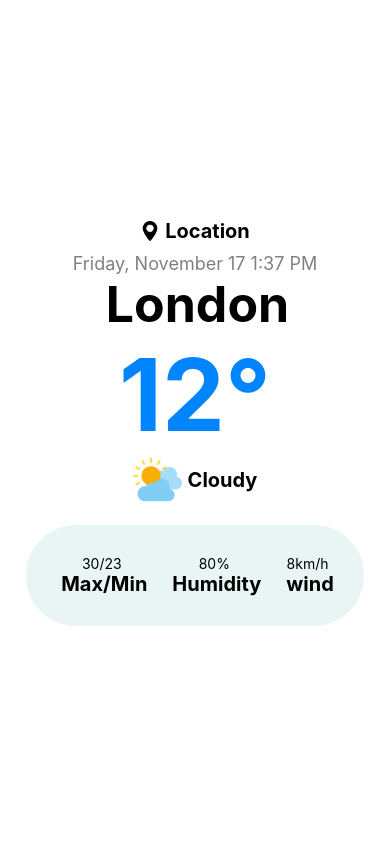
Repository: praveen080/react-native-weatherAppV1
Screen: /
These files come from the project's save history. The screen is drawn as it stood at one moment and after a run of saves; the edit follows.
The app was drawn by React Native's web renderer in a window 390 px wide. The project was rebuilt for these pictures with package versions that can differ from the ones it lists, and the page was loaded fresh each time. Also part of the build but not shown: Screens/startUp.js.

Above is the screen before, as saved 2023-11-17 14:21:42.

### App.js
import { StatusBar } from "expo-status-bar";
import { StyleSheet, Text, View } from "react-native";
import StartPage from "./Screens/startUp";
import Home from "./Screens/Home";

export default function App() {
  return (
    <View style={styles.container}>
      {/* <StartPage /> */}
      <Home />
    </View>
  );
}

const styles = StyleSheet.create({
  container: {
    flex: 1,
    backgroundColor: "#ff f",
    alignItems: "center",
    justifyContent: "center",
  },
});

### Screens/Home.js
import React from "react";
import { View, Text, Image, TouchableOpacity, StyleSheet } from "react-native";

const Home = () => {
  const currentDate = new Date();

  // Format the date and time
  const formattedDate = currentDate.toLocaleDateString("en-US", {
    weekday: "long",
    day: "numeric",
    month: "long",
  });

  const formattedTime = currentDate.toLocaleTimeString("en-US", {
    hour: "numeric",
    minute: "numeric",
    hour12: true,
  });
  return (
    <View style={styles.container}>
      {/* Location Text with Icon */}
      <TouchableOpacity style={styles.locationContainer}>
        <Image source={require("./assets/location.png")} style={styles.icon} />
        <Text style={styles.locationText}>Location</Text>
      </TouchableOpacity>

      {/* Current Time and Date */}
      <Text style={styles.dateTimeText}>
        {formattedDate} {formattedTime}
      </Text>
      <Text style={styles.location}>London</Text>

      {/* Numbers */}
      <View style={styles.numbersContainer}>
        <Text style={styles.number}>12°</Text>
      </View>

      <View style={styles.locationContainer}>
        <Image
          source={require("./assets/cloudy-day.png")}
          style={styles.iconS}
        />
        <Text style={styles.locationText}>Cloudy</Text>
      </View>
      <View style={styles.cardFull}>
        <View style={styles.locationContainer1}>
          <View style={styles.card}>
            <Text style={styles.cardText}>30/23</Text>
            <Text style={styles.locationText}>Max/Min</Text>
          </View>
          <View style={styles.card}>
            <Text style={styles.cardText}>80%</Text>
            <Text style={styles.locationText}>Humidity</Text>
          </View>
          <View style={styles.card}>
            <Text style={styles.cardText}>8km/h</Text>
            <Text style={styles.locationText}>wind</Text>
          </View>
        </View>
      </View>
    </View>
  );
};

export default Home;

export const styles = StyleSheet.create({
  container: {
    flex: 1,
    alignItems: "center",
    justifyContent: "center",
  },
  locationContainer: {
    flexDirection: "row",
    alignItems: "center",
  },
  locationContainer1: {
    flexDirection: "row",
    alignItems: "center",
    // backgroundColor: "white",
    borderRadius: 50,
    margin: 20,
  },
  locationText: {
    fontSize: 20,
    marginLeft: 5,
    fontWeight: "bold",
  },
  location: {
    fontSize: 50,
    marginLeft: 5,
    fontWeight: "bold",
  },
  icon: {
    width: 20,
    height: 20,
  },
  iconS: {
    width: 50,
    height: 50,
  },
  dateTimeText: {
    fontSize: 18,
    marginTop: 10,
    color: "grey",
  },
  numbersContainer: {
    flexDirection: "row",
    alignItems: "center",
    // marginTop: 20,
  },
  number: {
    fontSize: 100,
    // marginRight: 10,
    fontWeight: "bold",
    color: "#0085FE",
  },
  logo: {
    width: 100,
    height: 100,
    marginTop: 20,
  },
  card: {
    alignItems: "center",
    justifyContent: "center",
    margin: 10,
  },
  cardFull: {
    borderRadius: 50,
    backgroundColor: "#e9f5f4",
    marginTop: 20,
  },
});

// // Weather.js

// import React, { useState } from "react";
// import { View, Text, TextInput, Button, StyleSheet } from "react-native";
// import axios from "axios";

// const Home = () => {
//   const [city, setCity] = useState("");
//   const [weatherData, setWeatherData] = useState(null);
//   const [error, setError] = useState("");

//   const apiKey = "2891236865fb81dd11cf0be56216e1cb";

//   const fetchWeatherData = async () => {
//     try {
//       const response = await axios.get(
//         `https://api.openweathermap.org/data/2.5/weather?q=${city}&appid=${apiKey}&units=metric`
//       );
//       setWeatherData(response.data);
//       setError("");
//     } catch (error) {
//       setWeatherData(null);
//       setError("City not found. Please try again.");
//     }
//   };

//   return (
//     <View style={styles.container}>
//       <Text style={styles.title}>Weather App</Text>
//       <TextInput
//         style={styles.input}
//         placeholder="Enter city"
//         value={city}
//         onChangeText={(text) => setCity(text)}
//       />
//       <Button title="Get Weather" onPress={fetchWeatherData} />
//       {weatherData && (
//         <View>
//           <Text>{`City: ${weatherData.name}`}</Text>
//           <Text>{`Temperature: ${weatherData.main.temp}°C`}</Text>
//           {/* Add more weather details as needed */}
//         </View>
//       )}
//       {error !== "" && <Text style={styles.error}>{error}</Text>}
//     </View>
//   );
// };

// const styles = StyleSheet.create({
//   container: {
//     flex: 1,
//     justifyContent: "center",
//     alignItems: "center",
//   },
//   title: {
//     fontSize: 20,
//     fontWeight: "bold",
//     marginBottom: 10,
//   },
//   input: {
//     height: 40,
//     borderColor: "gray",
//     borderWidth: 1,
//     marginBottom: 10,
//     padding: 10,
//     width: 200,
//   },
//   error: {
//     color: "red",
//     marginTop: 10,
//   },
// });

// export default Home;

After the next 3 saves:
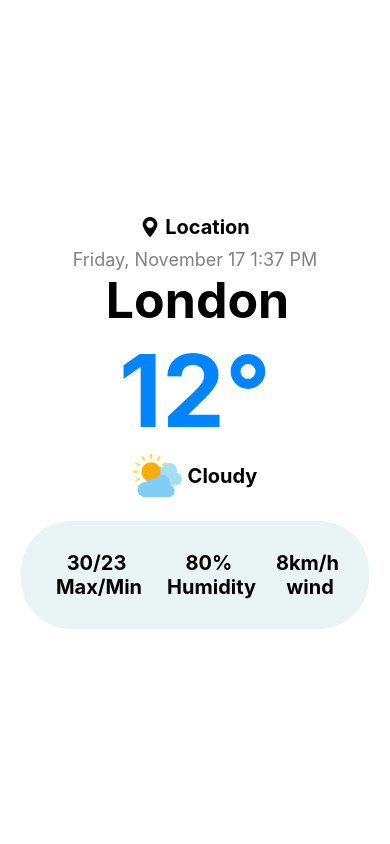
The 3 saves are shown as one change because they came seconds apart.
The last was saved 13 s later.
--- a/Screens/Home.js
+++ b/Screens/Home.js
@@ -125,6 +125,7 @@ export const styles = StyleSheet.create({
     justifyContent: "center",
     margin: 10,
   },
+  cardText: { fontSize: 20, fontWeight: "bold" },
   cardFull: {
     borderRadius: 50,
     backgroundColor: "#e9f5f4",
